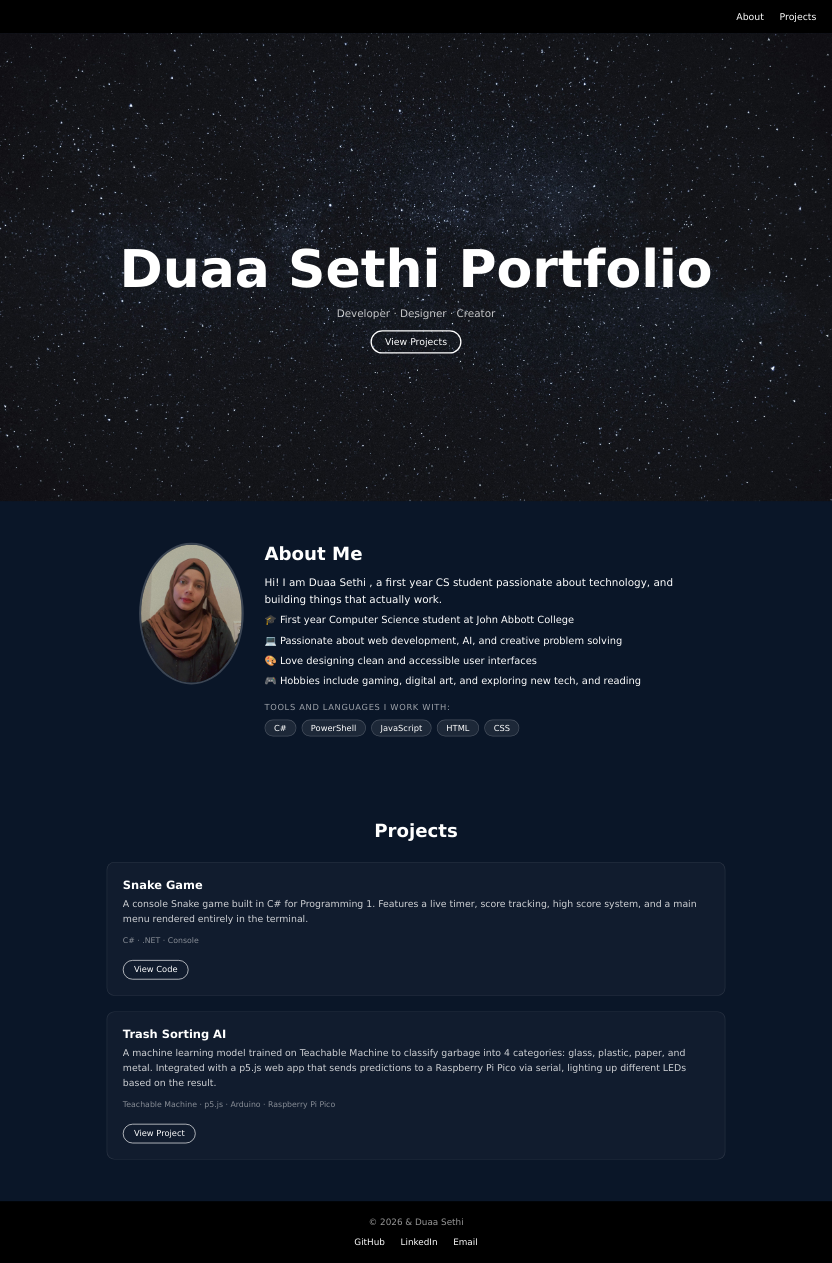
Repository: Duaa-Sethi/Duaa-Sethi
Page: index.html
These files come from the project's save history. The page is drawn as it stood at one moment and after the next save; the edit follows.
The browser window is 1280 px wide. The pictures show the whole page, at 65% of full size.
Some web fonts or font styles are not loaded; a fallback is used.

Above is the page before, as saved 2026-05-06 13:00:45.

### index.html
<!doctype html>
<html lang="en">
  <head>
    <meta charset="UTF-8" />
    <meta name="viewport" content="width=device-width, initial-scale=1.0" />
    <title>Dua Portfolio</title>
    <link rel="stylesheet" href="./styles/index.css" />
    <link rel="stylesheet" href="./styles/globals.css" />
  </head>
  <body class="scroller">
    <!-- NAV -->
    <nav>
      <ul>
        <li><a href="#about">About</a></li>
        <li><a href="#projects">Projects</a></li>
      </ul>
    </nav>

    <!-- HERO -->
    <section class="hero">
      <article>
        <h1>Duaa Sethi Portfolio</h1>
        <p>Developer · Designer · Creator</p>
        <a href="#projects">View Projects</a>
      </article>
    </section>

    <!-- ABOUT -->
    <section class="about" id="about">
      <img src="./assets/images/Dua Sethi.jpeg" alt="Photo of Duaa Sethi" />
      <div class="about-text">
        <h2>About Me</h2>
        <p class="about-intro">
          Hi! I am Duaa Sethi , a first year CS student passionate about
          technology, and building things that actually work.
        </p>

        <ul class="about-list">
          <li>🎓 First year Computer Science student at John Abbott College</li>
          <li>
            💻 Passionate about web development, AI, and creative problem
            solving
          </li>
          <li>🎨 Love designing clean and accessible user interfaces</li>
          <li>
            🎮 Hobbies include gaming, digital art, and exploring new tech, and
            reading
          </li>
        </ul>

        <p class="tools-label">Tools and languages I work with:</p>
        <ul class="tools-list">
          <li>C#</li>
          <li>PowerShell</li>
          <li>JavaScript</li>
          <li>HTML</li>
          <li>CSS</li>
        </ul>
      </div>
    </section>

    <!-- PROJECTS -->
    <section class="projects" id="projects">
      <h2>Projects</h2>
      <div class="cards">
        <article class="card">
          <h3>Snake Game</h3>
          <p>
            A console Snake game built in C# for Programming 1. Features a live
            timer, score tracking, high score system, and a main menu rendered
            entirely in the terminal.
          </p>
          <p class="tech">C# · .NET · Console</p>
          <a
            href="https://github.com/Duaa-Sethi/Programming1-project-Dua-Sethi"
            target="_blank"
            >View Code</a
          >
        </article>
        <article class="card">
          <h3>Trash Sorting AI</h3>
          <p>
            A machine learning model trained on Teachable Machine to classify
            garbage into 4 categories: glass, plastic, paper, and metal.
            Integrated with a p5.js web app that sends predictions to a
            Raspberry Pi Pico via serial, lighting up different LEDs based on
            the result.
          </p>
          <p class="tech">
            Teachable Machine · p5.js · Arduino · Raspberry Pi Pico
          </p>
          <a
            href="https://editor.p5js.org/duairfansethi/full/mdRLpCkG2"
            target="_blank"
            >View Project</a
          >
        </article>
      </div>
    </section>

    <footer>
      <p>© 2026 & Duaa Sethi</p>
      <ul class="footer-links">
        <li><a href="https://github.com/Duaa-Sethi">GitHub</a></li>
        <li>
          <a
            href="https://www.linkedin.com/in/dua-irfan-sethi-32944838b/"
            target="_blank"
            >LinkedIn</a
          >
        </li>
        <li>
          <a href="mailto:duairfansethi@gmail.com">Email</a>
        </li>
      </ul>
    </footer>
  </body>
</html>

### styles/index.css
body {
  background-color: #0a1628;
}

/* Scroll snap — https://developer.mozilla.org/en-US/docs/Web/CSS/Guides/Scroll_snap/Basic_concepts */

html,
body {
  height: 100%;
  overflow: hidden;
}

.scroller {
  height: 100%;
  max-height: 100dvh;
  overflow-x: hidden;
  overflow-y: auto;
  -webkit-overflow-scrolling: touch;
  scroll-snap-type: y mandatory;
  scroll-padding-top: 3.5rem;
}

.scroller section {
  scroll-snap-align: start;
  scroll-snap-stop: always;
  min-height: 100dvh;
  min-height: 100vh;
  box-sizing: border-box;
}

/* NAV */
nav {
  position: sticky;
  top: 0;
  background-color: black;
  padding: 0 1.5rem;
}

nav ul {
  display: flex;
  justify-content: flex-end;
  gap: 1.5rem;
  padding: 1rem 0;
}

nav ul li a {
  font-size: 0.9rem;
}

.hero {
  display: flex;
  align-items: center;
  justify-content: center;
  text-align: center;
  min-height: 100vh;
  padding: 2rem 1.5rem;

  /* dont memorize, copy paste background defs */
  background-image: url(../assets/images/kai-pilger-Ef6iL87-vOA-unsplash.jpg); /* my pictures miss alt */
  background-size: cover;
  background-position: center;
  background-repeat: no-repeat;
}

.hero h1 {
  font-size: 2rem;
  margin-bottom: 0.75rem;
}

.hero p {
  font-size: 1rem;
  opacity: 0.75;
  margin: 0 0 1.5rem 0;
}

.hero a {
  border: 2px solid white;
  padding: 0.5rem 1.25rem;
  border-radius: 20px;
  font-size: 0.9rem;
}

.hero a:hover {
  background-color: white;
  color: #0a1628;
  text-decoration: none;
}

/* ABOUT */
.about {
  display: flex;
  align-items: flex-start;
  gap: 1.5rem;
  padding: 3rem 1.5rem;
  text-align: center;
}

.about img {
  max-width: 25%;
  border-radius: 50%;
  overflow: hidden;
  display: inline-block;
  vertical-align: middle;
  border: 3px solid rgba(255, 255, 255, 0.2);
}

.about h2 {
  font-size: 1.75rem;
  margin-bottom: 1rem;
}

.about p {
  margin: 0 0 0.5rem 0;
  line-height: 1.6;
}
.about-intro {
  display: none;
}

.about-list {
  display: flex;
  flex-direction: column;
  gap: 0.5rem;
  text-align: left;
  margin-bottom: 1.25rem;
}

.about-list li {
  font-size: 0.95rem;
  line-height: 1.5;
}

.tools-label {
  font-size: 0.8rem;
  opacity: 0.6;
  text-transform: uppercase;
  letter-spacing: 0.08em;
  text-align: left;
  margin-bottom: 0.5rem;
}

.tools-list {
  display: flex;
  flex-wrap: wrap;
  gap: 0.5rem;
  text-align: left;
}

.tools-list li {
  background-color: rgba(255, 255, 255, 0.08);
  border: 1px solid rgba(255, 255, 255, 0.2);
  border-radius: 20px;
  padding: 0.3rem 0.85rem;
  font-size: 0.8rem;
}
/* PROJECTS */
.projects {
  padding: 4rem 1.5rem;
  text-align: center;
}
.projects h2 {
  font-size: 1.75rem;
  margin-bottom: 2rem;
}

.cards {
  display: flex;
  flex-direction: column;
  gap: 1.5rem;
}
.card {
  background-color: #111c2e;
  border: 1px solid rgba(255, 255, 255, 0.1);
  border-radius: 12px;
  padding: 1.5rem;
  text-align: left;
}

.card:hover {
  border-color: rgba(255, 255, 255, 0.4);
}

.card h3 {
  font-size: 1.1rem;
  margin-bottom: 0.5rem;
}

.card p {
  font-size: 0.9rem;
  line-height: 1.6;
  opacity: 0.8;
  margin: 0 0 0.5rem 0;
}

.card .tech {
  font-size: 0.75rem;
  opacity: 0.5;
  margin: 0.75rem 0;
}

.card a {
  display: inline-block;
  border: 1px solid white;
  padding: 0.4rem 1rem;
  border-radius: 20px;
  font-size: 0.8rem;
  margin-top: 0.5rem;
}

.card a:hover {
  background-color: white;
  color: #0a1628;
  text-decoration: none;
}

/* FOOTER */

footer {
  text-align: center;
  padding: 1.5rem;
  background-color: black;
}
footer p {
  font-size: 0.85rem;
  opacity: 0.6;
  margin: 0 0 0.75rem 0;
}

.footer-links {
  display: flex;
  justify-content: center;
  gap: 1.5rem;
}

.footer-links a {
  font-size: 0.85rem;
}

/* Tablet and up — document scroll, no snap */
@media (min-width: 600px) {
  html,
  body {
    height: auto;
    overflow: visible;
  }

  .scroller {
    height: auto;
    min-height: 100vh;
    max-height: none;
    overflow-x: hidden;
    overflow-y: visible;
    -webkit-overflow-scrolling: auto;
    scroll-snap-type: none;
    scroll-padding-top: 0;
  }

  .scroller section {
    scroll-snap-align: none;
    scroll-snap-stop: normal;
  }

  .scroller section:not(.hero) {
    min-height: 0;
  }

  .hero h1 {
    font-size: 4rem;
  }
  .about-intro {
    display: block;
  }

  .about {
    flex-direction: row;
    align-items: flex-start;
    text-align: left;
    max-width: 800px; /*width uses %*/
    margin: 0 auto;
    padding: 4rem 1.5rem;
    gap: 2rem;
  }
  .about img {
    width: 25%;
    max-width: 200px; /*width uses %*/
  }
  .cards {
    flex-direction: row;
    flex-wrap: wrap;
    justify-content: center;
  }
}

@media (min-width: 992px) {
  .hero h1 {
    font-size: 5rem;
  }
  .projects {
    max-width: 1000px;
    margin: 0 auto;
  }

  .about {
    max-width: 900px;
  }
}

### styles/globals.css
/* FONT DEFS */
@font-face {
  font-family: "main font";
  src: url(../assets/fonts/NewsCycle-Regular.ttf);
}

/* CROSS PAGE STYLES */
body {
  font-family: "main font", Verdana, sans-serif;
  color: white;
  margin: 0;
}

h1 {
  font-weight: bold;
  font-size: 1.5rem; /* too small for desktop*/
}

a {
  text-decoration: none;
  color: white;
}
h2,
h3 {
  margin: 0;
}
a:hover {
  text-decoration: underline;
}
ul {
  list-style: none;
  padding: 0;
  margin: 0;
}

After the next save:
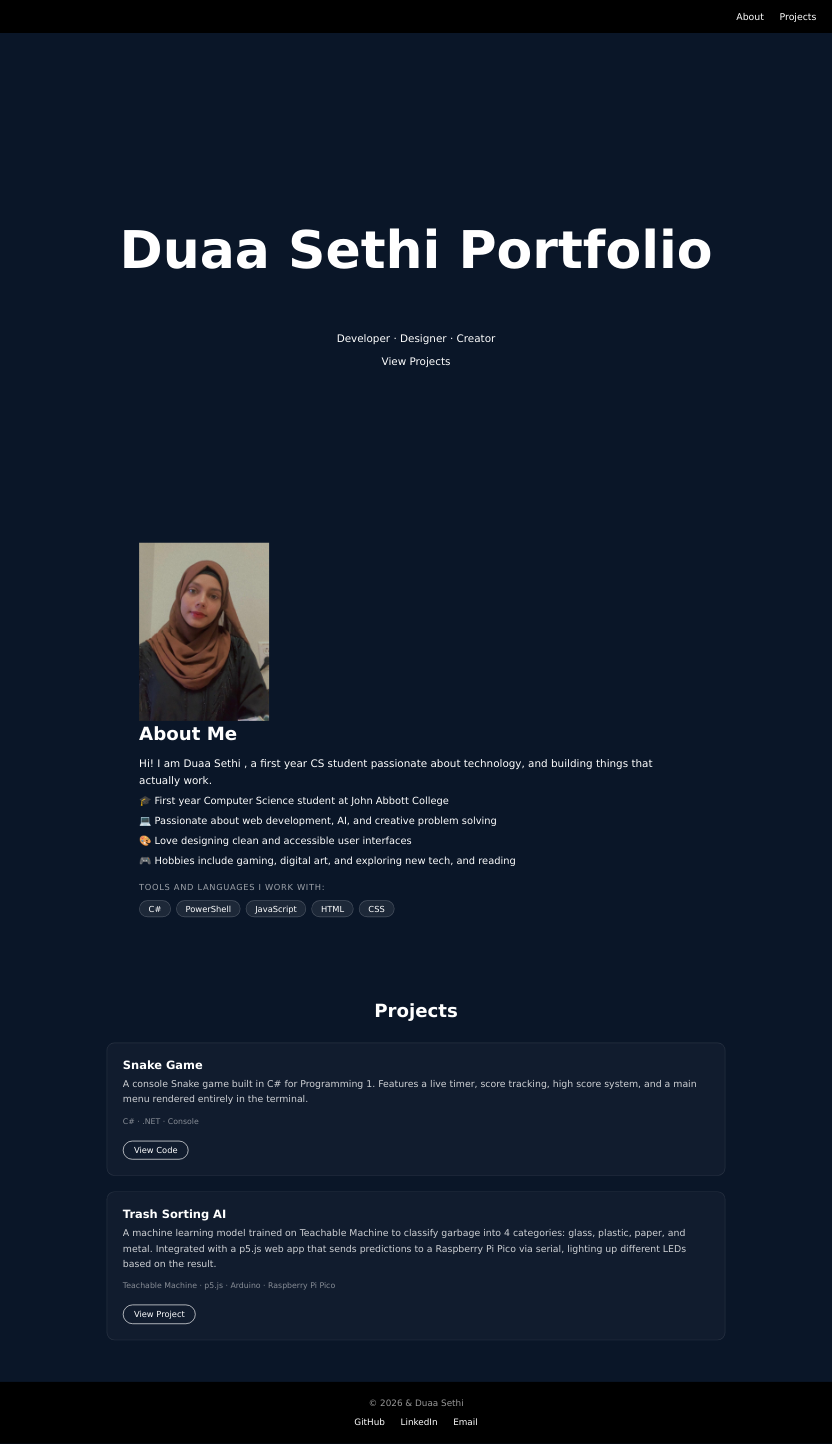
Saved 23 min 51 s later.
--- a/styles/index.css
+++ b/styles/index.css
@@ -56,7 +56,7 @@ nav ul li a {
   padding: 2rem 1.5rem;
 
   /* dont memorize, copy paste background defs */
-  background-image: url(../assets/images/kai-pilger-Ef6iL87-vOA-unsplash.jpg); /* my pictures miss alt */
+  background-image: url(../assets/images/kai-pilger-Ef6iL87-vOA-unsplash.jpg /* my pictures miss alt */
   background-size: cover;
   background-position: center;
   background-repeat: no-repeat;
